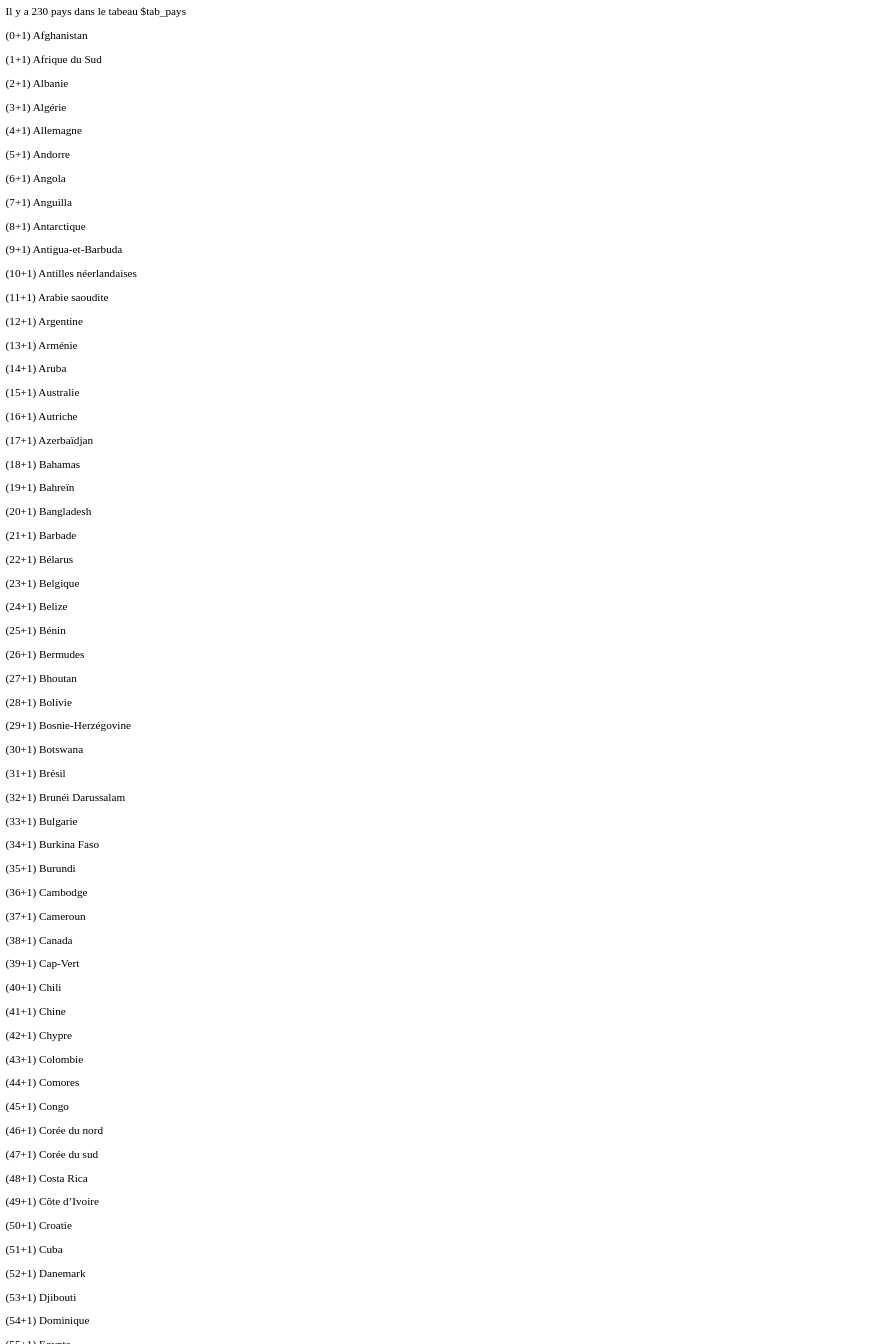
Repository: WebDevCF2m2021/base-php-2021
Page: http://localhost/07-for-sur-tableau.php
The author's editor kept a copy of each file at every save. The page is drawn from the files as they stood at one save, then again after the next save.
The browser window is 1280 px wide. The pictures show the part of the page from y = 0 to 1920 px (the page is 7862 px tall), at 70% of full size.
The page is run by PHP 8.4 with error messages shown; the project is at /var/www/html/.

Above is the page before, as saved 2021-07-07 13:02:35.

After the next save:
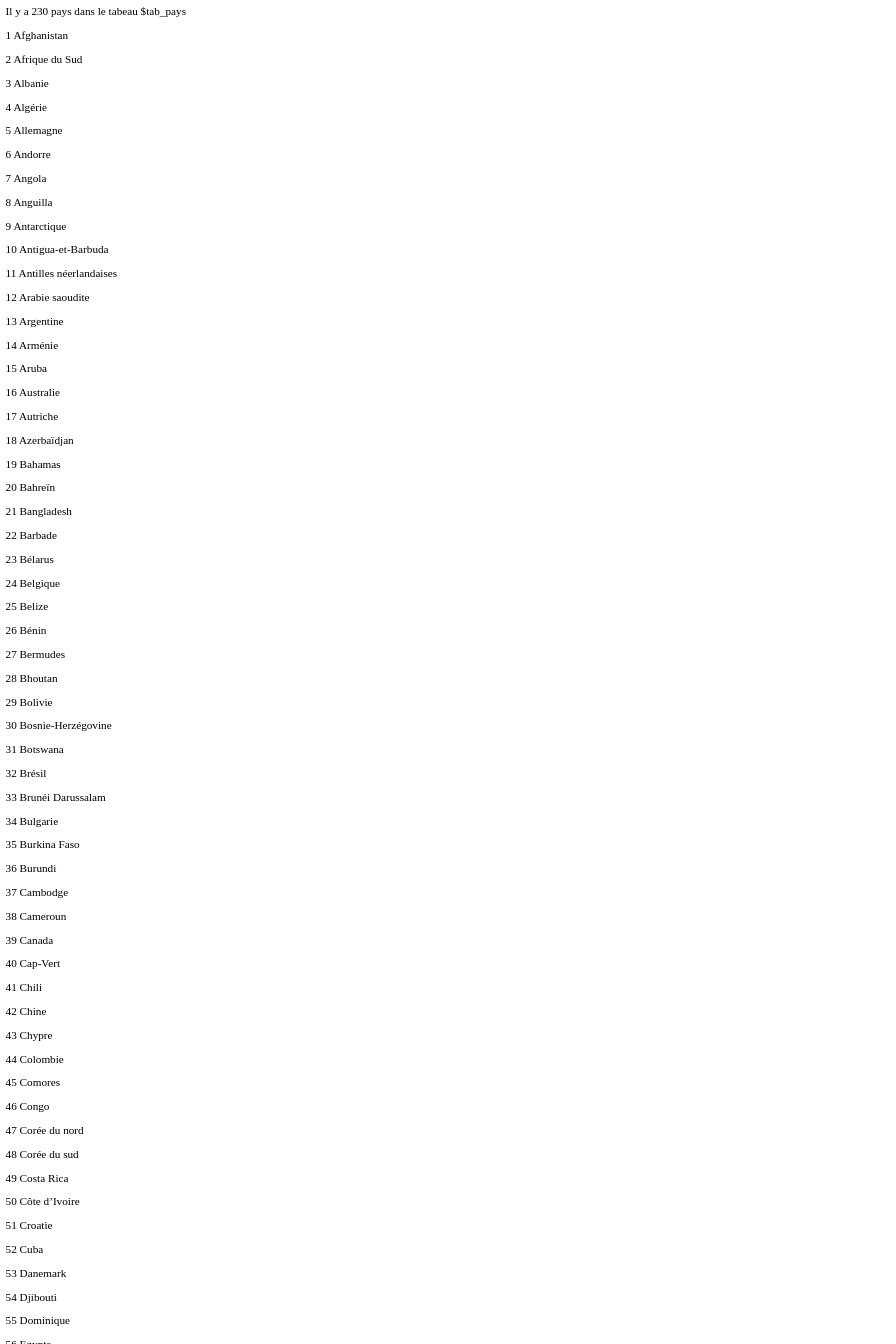
Saved 29 s later.
--- a/07-for-sur-tableau.php
+++ b/07-for-sur-tableau.php
@@ -9,5 +9,5 @@ $numberOfCountries = count($tab_pays);
 echo "<p>Il y a $numberOfCountries".' pays dans le tabeau $tab_pays</p>';
 
 for ($n=0;$n<$numberOfCountries;$n++){
-    echo "<p>"."($n+1)"."$tab_pays[$n]"."</p>";
+    echo "<p>".($n+1)."$tab_pays[$n]"."</p>";
 }
